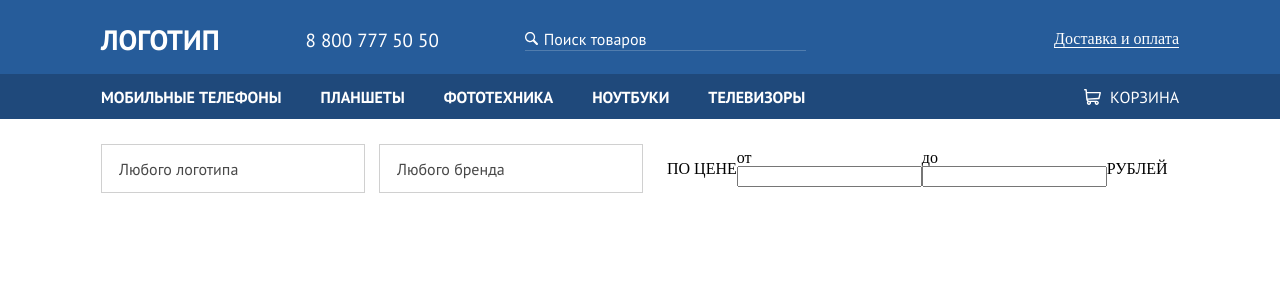
Repository: sem1103/WEBCompany
Page: index.html
An editor plug-in stored every save of this project. The page is shown before and after the next save, followed by the edit.
The browser window is 1280 px wide. The pictures show the whole page.

Above is the page before, as saved 2024-01-11 20:24:06.

### index.html
<!DOCTYPE html>
<html lang="en">

<head>
    <meta charset="UTF-8">
    <meta name="viewport" content="width=device-width, initial-scale=1.0">
    <title>Интернет магазин</title>

    <link rel="preconnect" href="https://fonts.googleapis.com">
    <link rel="preconnect" href="https://fonts.gstatic.com" crossorigin>
    <link href="https://fonts.googleapis.com/css2?family=PT+Sans:wght@400;700&display=swap" rel="stylesheet">

    <link rel="stylesheet" href="styles/reset.css">
    <link rel="stylesheet" href="styles/main.css">
</head>

<body>
    <div id="page">
        <header>
            <div class="container">
                <div class="header__logo">
                    <span>ЛОГОТИП</span>
                </div>
                <p class="phone__number"><a href="tel:+78007775050">8 800 777 50 50</a></p>
                <div class="search__items">
                    <button>
                        <svg xmlns="http://www.w3.org/2000/svg" width="13" height="13" viewBox="0 0 13 13" fill="none">
                            <path
                                d="M8.68135 1.48741C6.69814 -0.495804 3.4703 -0.495804 1.48709 1.48741C-0.495696 3.47106 -0.495696 6.69846 1.48709 8.6821C3.2532 10.4478 6.00382 10.6369 7.98574 9.25819C8.02744 9.45553 8.12289 9.64383 8.27637 9.79731L11.1646 12.6855C11.5855 13.1055 12.2656 13.1055 12.6843 12.6855C13.1048 12.265 13.1048 11.5849 12.6843 11.1657L9.79613 8.27669C9.64351 8.1245 9.45477 8.02863 9.25744 7.98692C10.6371 6.00457 10.4479 3.25438 8.68135 1.48741ZM7.76949 7.77024C6.28885 9.25089 3.87916 9.25089 2.39895 7.77024C0.919166 6.2896 0.919166 3.88034 2.39895 2.3997C3.87916 0.919489 6.28885 0.919489 7.76949 2.3997C9.25013 3.88034 9.25013 6.2896 7.76949 7.77024Z"
                                fill="white" />
                        </svg>
                    </button>
                        <input type="text" name="itemName" placeholder="Поиск товаров">

                </div>
                <p class="delivery"><a href="">Доставка и оплата</a></p>
                <a href="" class="mobile__cart">
                    <svg xmlns="http://www.w3.org/2000/svg" width="21" height="20" viewBox="0 0 21 20" fill="none">
                        <path d="M20.1372 3.64139H3.71775L3.47368 0.816059C3.43376 0.354025 3.0611 0 2.61469 0H0.862433C0.386124 0 0 0.401223 0 0.896159C0 1.39109 0.386124 1.79232 0.862433 1.79232H1.82622C2.35292 7.8897 0.991675 -7.86977 2.81815 13.2755C2.88854 14.1031 3.31889 15.0012 4.06025 15.6114C2.72361 17.3851 3.94489 20 6.11917 20C7.92379 20 9.19662 18.1298 8.57776 16.3584H13.298C12.6799 18.1275 13.95 20 15.7566 20C17.1983 20 18.3713 18.7812 18.3713 17.2831C18.3713 15.7849 17.1983 14.5661 15.7566 14.5661H6.125C5.46988 14.5661 4.89899 14.1554 4.65258 13.557L18.4354 12.7153C18.8117 12.6924 19.13 12.4181 19.2215 12.0381L20.9739 4.75489C21.1097 4.19014 20.6983 3.64139 20.1372 3.64139ZM6.11917 18.2077C5.62857 18.2077 5.22939 17.7929 5.22939 17.2831C5.22939 16.7732 5.62857 16.3584 6.11917 16.3584C6.60981 16.3584 7.009 16.7732 7.009 17.2831C7.009 17.7929 6.60981 18.2077 6.11917 18.2077ZM15.7565 18.2077C15.2659 18.2077 14.8667 17.7929 14.8667 17.2831C14.8667 16.7732 15.2659 16.3584 15.7565 16.3584C16.2472 16.3584 16.6464 16.7732 16.6464 17.2831C16.6464 17.7929 16.2472 18.2077 15.7565 18.2077ZM17.7018 10.9648L4.42042 11.7758L3.87257 5.43367H19.0326L17.7018 10.9648Z" fill="white"/>
                      </svg>
                </a>
            </div>

            <nav>
                <ul class="container">
                    <li><a href="">МОБИЛЬНЫЕ ТЕЛЕФОНЫ</a></li>
                    <li><a href="">ПЛАНШЕТЫ</a></li>
                    <li><a href="">ФОТОТЕХНИКА</a></li>
                    <li><a href="">НОУТБУКИ</a></li>
                    <li><a href="">ТЕЛЕВИЗОРЫ</a></li>

                    <li class="desc__cart"><a href="">
                       <svg xmlns="http://www.w3.org/2000/svg" width="17" height="16" viewBox="0 0 17 16" fill="none">
                            <path d="M16.3015 2.91311H3.0096L2.81202 0.652847C2.77971 0.28322 2.47804 0 2.11666 0H0.69816C0.312576 0 0 0.320979 0 0.716927C0 1.11288 0.312576 1.43385 0.69816 1.43385H1.47837C1.90475 6.31176 0.802785 -6.29581 2.28136 10.6204C2.33834 11.2825 2.68672 12.0009 3.28687 12.4891C2.20482 13.9081 3.19349 16 4.95361 16C6.4145 16 7.44488 14.5038 6.9439 13.0868H10.765C10.2647 14.502 11.2928 16 12.7553 16C13.9224 16 14.872 15.0249 14.872 13.8264C14.872 12.628 13.9224 11.6529 12.7553 11.6529H4.95834C4.428 11.6529 3.96585 11.3243 3.76638 10.8456L14.9239 10.1723C15.2285 10.1539 15.4862 9.93446 15.5603 9.63048L16.9789 3.80391C17.0888 3.35211 16.7558 2.91311 16.3015 2.91311ZM4.95361 14.5661C4.55646 14.5661 4.23331 14.2343 4.23331 13.8264C4.23331 13.4186 4.55646 13.0868 4.95361 13.0868C5.3508 13.0868 5.67395 13.4186 5.67395 13.8264C5.67395 14.2343 5.3508 14.5661 4.95361 14.5661ZM12.7553 14.5661C12.3581 14.5661 12.035 14.2343 12.035 13.8264C12.035 13.4186 12.3581 13.0868 12.7553 13.0868C13.1525 13.0868 13.4756 13.4186 13.4756 13.8264C13.4756 14.2343 13.1525 14.5661 12.7553 14.5661ZM14.33 8.77181L3.57844 9.42062L3.13494 4.34693H15.4073L14.33 8.77181Z" fill="white"/>
                          </svg>
                        КОРЗИНА</a></li>
                </ul>
            </nav>
        </header>

        <main>
            <div class="filter-title container">
                <div  id="logo__filter" class="filter">
                    <p class="display"></p>
                    <p class="list"></p>
                </div>

                <div  id="brand__filter" class="filter">
                    <p class="display"></p>
                    <p class="list"></p>
                </div>

                <div class="price__filter">
                    <p>ПО ЦЕНЕ</p>

                    <div class="price__from">
                        <p>от</p>
                        <input type="number" name="fromPrice" >
                    </div>
                    <div class="price__to">
                        <p>до</p>
                        <input type="number" name="toPrice" >

                    </div>
                    <p>РУБЛЕЙ</p>
                </div>
            </div>
        </main>

    </div>


    <script>
        document.addEventListener('DOMContentLoaded', ()=>{
            const logoList = [
                'Любого логотипа',
                'Компакт-камера',
                'Беззеркальная',
                'Зеркальная',
                'Среднеформатная'
            ]
            const brandList = [
                'Любого бренда',
                'Canon',
                'Nikon',
                'Sony',
                'Fujifilm',
                'Samsung',
                'Olympus'
            ]

            const logoFilter = document.getElementById('logo__filter');
            const brandFilter = document.getElementById('brand__filter');



            function showFilter(array, filter){
                filter.querySelector('.display').innerText = array[0];
            }

            showFilter(logoList, logoFilter);
            showFilter(brandList, brandFilter);
        })
    </script>
</body>

</html>

### styles/reset.css
:root{
    --blue: #265C9A;
    --darkBlue: #1F497B;
    --yellow: #FBFF3D;
    --fontPT: 'PT Sans'
 }
html{
    scroll-behavior: smooth;
}
html,
body,
div,
span,
applet,
object,
iframe,
h1,
h2,
h3,
h4,
h5,
h6,
p,
blockquote,
pre,
a,
abbr,
acronym,
address,
big,
cite,
code,
del,
dfn,
em,
img,
ins,
kbd,
q,
s,
samp,
small,
strike,
strong,
sub,
sup,
tt,
var,
b,
u,
i,
center,
dl,
dt,
dd,
ol,
ul,
li,
fieldset,
form,
label,
legend,
table,
caption,
tbody,
tfoot,
thead,
tr,
th,
td,
article,
aside,
canvas,
details,
embed,
figure,
figcaption,
footer,
header,
hgroup,
menu,
nav,
output,
ruby,
section,
summary,
time,
mark,
audio,
video {
    margin: 0;
    padding: 0;
    border: 0;
    font-size: 100%;
    font: inherit;
    vertical-align: baseline
}

article,
aside,
details,
figcaption,
figure,
footer,
header,
hgroup,
menu,
nav,
section {
    display: block
}

body {
    line-height: 1;
}

ol,
ul {
    list-style: none
}

blockquote,
q {
    quotes: none
}

blockquote:before,
blockquote:after,
q:before,
q:after {
    content: '';
    content: none
}

table {
    border-collapse: collapse;
    border-spacing: 0
}

a {
    text-decoration: none;
    color: inherit;
    transition: all .3s ease-in-out
}

a:hover {
    color: #365edc;
}

* {
    box-sizing: border-box
}

main img{
    width: 100%;
    height: auto;
}

### styles/main.css


.container{
    max-width: 1078px;
    margin: 0 auto;
}
header{
    background: var(--blue);
}
nav{
    background: var(--darkBlue);
}
header > div{
    display: flex;
    align-items: center;
    padding: 21px 0 16px 0;
}
header a:hover{
    color: var(--yellow);
}
.header__logo span{
    font:700 28px var(--fontPT);
    color: #fff;
}
.phone__number{
    margin: 0 86px;
    font: 19px var(--fontPT);
    color: #fff;
}
.search__items{
    border-bottom: 1px solid #517DAE;
    max-width: 281px;
    width: 100%;
}
.search__items button{
    background-color: transparent;
    border: 0;
    padding: 0;
    margin: 0;
    cursor: pointer;
}
.search__items input{
    font: 16px var(--fontPT);
    background-color: transparent;
    border: 0;
    outline: 0;
    color: #fff;
}
.search__items input::placeholder{
    color: #fff;
}
.delivery{
    margin: 0 0 0 auto;
    color: #fff;
    border-bottom: 1px solid #fff;
}


.mobile__cart{
    display: none;
}


nav ul{
    display: flex;
    color: #fff;
    padding: 13px 0 12px 0;
}
nav li{
    margin: 0 39px 0 0;
    font: 700 16px var(--fontPT);
}
.desc__cart{
    margin: 0 0 0 auto;
    font-weight: 400;
}
.desc__cart a{
    display: flex;
    align-items: center;
}
.desc__cart svg{
    margin: 0 9px 0 0 ;
}


/*Filter*/
.filter-title{
    padding: 25px 0 23px 0;
    display: flex;
    align-items: center;

}
.price__filter{
    display: flex;
    align-items: center;

}

.filter{
    font: 16px var(--fontPT);
    color: #484848;
    cursor: pointer;
    max-width: 264px;
    width: 100%;
    padding: 14px 17px 13px 17px;
    outline: 0;
    border: 1px solid #D0D0D0;
}
#brand__filter{
    margin: 0 24px 0 14px;
}

After the next save:
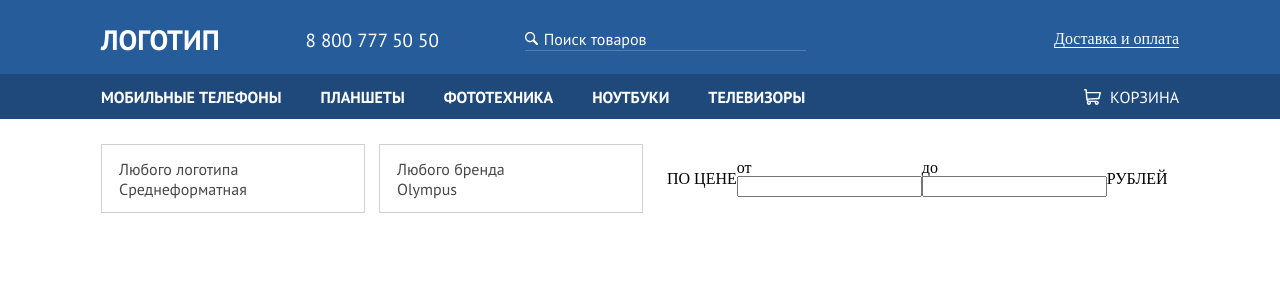
Saved 5 min 8 s later.
--- a/index.html
+++ b/index.html
@@ -115,7 +115,14 @@
 
 
             function showFilter(array, filter){
-                filter.querySelector('.display').innerText = array[0];
+                const display = filter.querySelector('.display');
+                const list = filter.querySelector('.list');
+                display.innerText = array[0];
+                array.forEach(item => {
+                    if(display.innerText != item){
+                        list.innerText = item
+                    }
+                });
             }
 
             showFilter(logoList, logoFilter);
